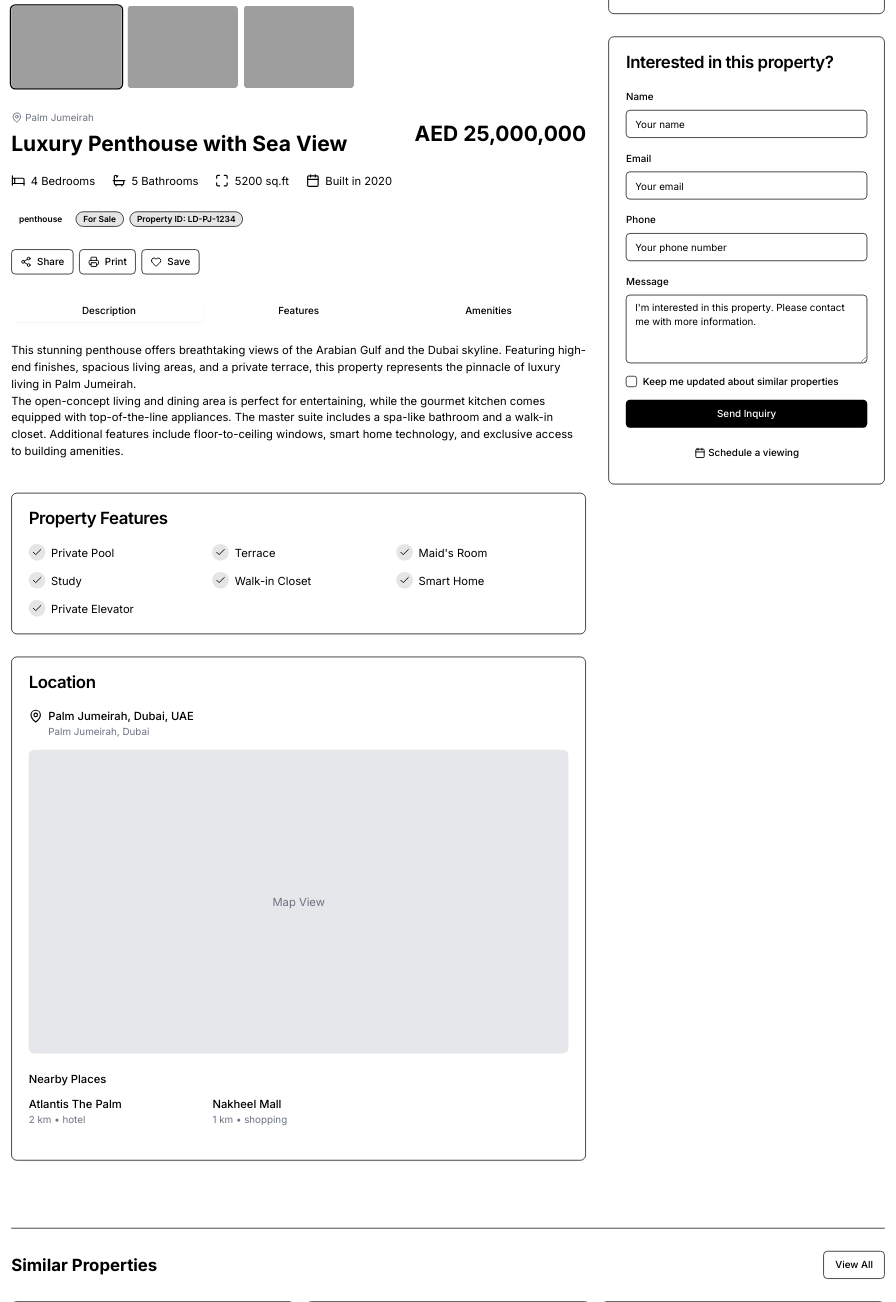
Repository: mekaushikranjan/RealState
Page: /properties/1
These files come from the project's save history. The page is drawn as it stood at one moment and after the next save; the edit follows.
The browser window is 1280 px wide. The pictures show the part of the page from y = 1110 to 2970 px (the page is 4385 px tall before and 4445 px after), at 70% of full size.
Pictures or frames that could not be fetched are drawn as grey boxes. The project was rebuilt for these pictures with package versions that can differ from the ones it lists, and the page was loaded fresh each time. The framework's server and built-in components were replaced by stand-ins that run in the browser. Also part of the build but not shown: next.config.js, next.config.ts.

Above is the page before, as saved 2025-05-13 18:50:48.

### app/layout.tsx
import { Inter } from 'next/font/google'
import { ThemeProvider } from '@/components/theme-provider'
import Header from '@/components/header'
import './globals.css'
import Footer from '@/components/footer'
import { NewsletterSection } from '@/components/newsletter-section'

const inter = Inter({ subsets: ['latin'] })

export default function RootLayout({
  children,
}: {
  children: React.ReactNode
}) {
  return (
    <html lang="en" suppressHydrationWarning>
      <body className={inter.className}>
        <ThemeProvider
          attribute="class"
          defaultTheme="system"
          enableSystem
          disableTransitionOnChange
        >
          <Header />
          <main className="min-h-screen">
            {children}
          </main>
          <NewsletterSection />
          <Footer />

        </ThemeProvider>
      </body>
    </html>
  )
}

### components/theme-provider.tsx
"use client"
import { ThemeProvider as NextThemesProvider } from "next-themes"
import type { ThemeProviderProps } from "next-themes"

export function ThemeProvider({ children, ...props }: ThemeProviderProps) {
  return (
    <NextThemesProvider
      {...props}
      enableSystem={false}
      enableColorScheme={true}
      defaultTheme="light"
      themes={["light", "dark"]}
      attribute="class"
    >
      {children}
    </NextThemesProvider>
  )
}

### app/globals.css
@tailwind base;
@tailwind components;
@tailwind utilities;

@layer base {
  :root {
    --background: 0 0% 100%;
    --foreground: 0 0% 0%;
    --card: 0 0% 100%;
    --card-foreground: 0 0% 0%;
    --popover: 0 0% 100%;
    --popover-foreground: 0 0% 0%;
    --primary: 0 0% 0%;
    --primary-foreground: 0 0% 100%;
    --secondary: 0 0% 100%;
    --secondary-foreground: 0 0% 0%;
    --muted: 0 0% 100%;
    --muted-foreground: 0 0% 0%;
    --accent: 0 0% 100%;
    --accent-foreground: 0 0% 0%;
    --destructive: 0 0% 0%;
    --destructive-foreground: 0 0% 100%;
    --border: 0 0% 0%;
    --input: 0 0% 0%;
    --ring: 0 0% 0%;
    --radius: 0.5rem;
  }

  .dark {
    --background: 0 0% 0%;
    --foreground: 0 0% 100%;
    --card: 0 0% 0%;
    --card-foreground: 0 0% 100%;
    --popover: 0 0% 0%;
    --popover-foreground: 0 0% 100%;
    --primary: 0 0% 100%;
    --primary-foreground: 0 0% 0%;
    --secondary: 0 0% 0%;
    --secondary-foreground: 0 0% 100%;
    --muted: 0 0% 0%;
    --muted-foreground: 0 0% 100%;
    --accent: 0 0% 0%;
    --accent-foreground: 0 0% 100%;
    --destructive: 0 0% 100%;
    --destructive-foreground: 0 0% 0%;
    --border: 0 0% 100%;
    --input: 0 0% 100%;
    --ring: 0 0% 100%;
  }
}

@layer base {
  * {
    @apply border-border;
  }
  body {
    @apply bg-background text-foreground;
    overflow-x: hidden;
  }
}

/* Hide scrollbars but keep functionality */
html {
  scrollbar-width: none; /* Firefox */
}

html::-webkit-scrollbar {
  display: none; /* Chrome, Safari, Edge */
}

body {
  -ms-overflow-style: none; /* IE and Edge */
}

/* For any other elements that might have scrollbars */
.hide-scrollbar {
  scrollbar-width: none;
  -ms-overflow-style: none;
}

.hide-scrollbar::-webkit-scrollbar {
  display: none;
}

/* RTL support for language switching */
[dir="rtl"] .rtl-flip {
  transform: scaleX(-1);
}

### components/property-features.tsx
"use client"

import { motion } from "framer-motion"
import { Card, CardContent, CardHeader, CardTitle } from "@/components/ui/card"
import { Check } from "lucide-react"

interface PropertyFeaturesProps {
  features: string[]
}

export function PropertyFeatures({
  features = [
    "Private Pool",
    "Terrace",
    "Maid's Room",
    "Study",
    "Walk-in Closet",
    "Smart Home",
    "Private Elevator",
    "Floor-to-ceiling Windows",
    "Marble Flooring",
    "Custom Kitchen",
    "Home Theater",
    "Wine Cellar",
  ],
}: Partial<PropertyFeaturesProps>) {
  return (
    <Card className="mb-8">
      <CardHeader>
        <CardTitle>Property Features</CardTitle>
      </CardHeader>
      <CardContent>
        <motion.div
          initial={{ opacity: 0, y: 20 }}
          animate={{ opacity: 1, y: 0 }}
          transition={{ duration: 0.5 }}
          className="grid grid-cols-1 sm:grid-cols-2 md:grid-cols-3 gap-4"
        >
          {features.map((feature, index) => (
            <motion.div
              key={index}
              initial={{ opacity: 0, x: -10 }}
              animate={{ opacity: 1, x: 0 }}
              transition={{ duration: 0.3, delay: index * 0.05 }}
              className="flex items-center"
            >
              <div className="flex items-center justify-center w-6 h-6 rounded-full bg-primary/10 mr-2">
                <Check className="h-4 w-4 text-primary" />
              </div>
              <span>{feature}</span>
            </motion.div>
          ))}
        </motion.div>
      </CardContent>
    </Card>
  )
}

### lib/properties.ts
export interface Property {
  id: string
  title: string
  location: string
  price: string
  bedrooms: number
  bathrooms: number
  area: number
  type: string
  category: string
  image: string
  images: string[]
  featured: boolean
  features: string[]
  amenities: string[]
  yearBuilt: number
  propertyId: string
  description: string
  locationDetails: {
    address: string
    neighborhood: string
    city: string
    coordinates: {
      lat: number
      lng: number
    }
    nearbyPlaces: {
      name: string
      distance: string
      type: string
    }[]
  }
  agent: {
    id: string
    name: string
    title: string
    image: string
    phone: string
    email: string
    experience: string
    languages: string[]
    bio: string
  }
}

const properties: Property[] = [
  {
    id: "1",
    title: "Luxury Penthouse with Sea View",
    location: "Palm Jumeirah",
    price: "25,000,000",
    bedrooms: 4,
    bathrooms: 5,
    area: 5200,
    type: "sale",
    category: "penthouse",
    image: "https://images.unsplash.com/photo-1600596542815-ffad4c1539a9?w=800&h=600&fit=crop",
    images: [
      "https://images.unsplash.com/photo-1600585154340-be6161a56a0c?w=800&h=600&fit=crop",
      "https://images.unsplash.com/photo-1600566753086-00f18fb6b3ea?w=800&h=600&fit=crop",
      "https://images.unsplash.com/photo-1600566752355-35792bedcfea?w=800&h=600&fit=crop",
    ],
    featured: true,
    features: ["Private Pool", "Terrace", "Maid's Room", "Study", "Walk-in Closet", "Smart Home", "Private Elevator"],
    amenities: ["Swimming Pool", "Gym", "Sauna", "24/7 Security", "Concierge", "Parking", "Beach Access"],
    yearBuilt: 2020,
    propertyId: "LD-PJ-1234",
    description:
      "This stunning penthouse offers breathtaking views of the Arabian Gulf and the Dubai skyline. Featuring high-end finishes, spacious living areas, and a private terrace, this property represents the pinnacle of luxury living in Palm Jumeirah.\n\nThe open-concept living and dining area is perfect for entertaining, while the gourmet kitchen comes equipped with top-of-the-line appliances. The master suite includes a spa-like bathroom and a walk-in closet. Additional features include floor-to-ceiling windows, smart home technology, and exclusive access to building amenities.",
    locationDetails: {
      address: "Palm Jumeirah, Dubai, UAE",
      neighborhood: "Palm Jumeirah",
      city: "Dubai",
      coordinates: {
        lat: 25.1124,
        lng: 55.139,
      },
      nearbyPlaces: [
        {
          name: "Atlantis The Palm",
          distance: "2 km",
          type: "hotel",
        },
        {
          name: "Nakheel Mall",
          distance: "1 km",
          type: "shopping",
        },
      ],
    },
    agent: {
      id: "1",
      name: "Sarah Johnson",
      title: "Senior Luxury Property Consultant",
      image: "https://images.unsplash.com/photo-1573496359142-b8d87734a5a2?w=300&h=300&fit=crop",
      phone: "+971 50 123 4567",
      email: "sarah@luxurydubai.com",
      experience: "10+ years",
      languages: ["English", "Arabic", "Russian"],
      bio: "Sarah specializes in luxury properties across Dubai, with particular expertise in Palm Jumeirah and Downtown Dubai. With over a decade of experience, she has helped hundreds of clients find their dream homes.",
    },
  },
  {
    id: "2",
    title: "Modern Villa with Private Pool",
    location: "Emirates Hills",
    price: "18,500,000",
    bedrooms: 6,
    bathrooms: 7,
    area: 8500,
    type: "sale",
    category: "villa",
    image: "https://images.unsplash.com/photo-1613490493576-7fde63acd811?w=800&h=600&fit=crop",
    images: [
      "https://images.unsplash.com/photo-1600585154526-990dced4db0d?w=800&h=600&fit=crop",
      "https://images.unsplash.com/photo-1600566753190-17f0baa2a6c3?w=800&h=600&fit=crop",
      "https://images.unsplash.com/photo-1600566753086-00f18fb6b3ea?w=800&h=600&fit=crop",
    ],
    featured: true,
    features: ["Private Pool", "Terrace", "Maid's Room", "Study", "Walk-in Closet", "Smart Home", "Private Elevator"],
    amenities: ["Swimming Pool", "Gym", "Sauna", "24/7 Security", "Concierge", "Parking", "Beach Access"],
    yearBuilt: 2021,
    propertyId: "EH-VL-5678",
    description:
      "This modern villa offers a luxurious living experience with a private pool and stunning views. The spacious layout and high-end finishes make it perfect for families.",
    locationDetails: {
      address: "Emirates Hills, Dubai, UAE",
      neighborhood: "Emirates Hills",
      city: "Dubai",
      coordinates: {
        lat: 25.0759,
        lng: 55.1773,
      },
      nearbyPlaces: [
        {
          name: "Montgomerie Golf Club",
          distance: "1 km",
          type: "golf",
        },
        {
          name: "Dubai Marina Mall",
          distance: "5 km",
          type: "shopping",
        },
      ],
    },
    agent: {
      id: "2",
      name: "John Smith",
      title: "Luxury Property Consultant",
      image: "https://images.unsplash.com/photo-1560250097-0b93528c311a?w=300&h=300&fit=crop",
      phone: "+971 50 987 6543",
      email: "john@luxurydubai.com",
      experience: "8+ years",
      languages: ["English", "French"],
      bio: "John is a seasoned real estate professional with a passion for helping clients find their dream homes in Dubai.",
    },
  },
]

export function getAllProperties(): Property[] {
  return properties as Property[]
}

export function getPropertyById(id: string): Property | undefined {
  return properties.find(property => property.id === id) as Property | undefined
}

### components/ui/button.tsx
import * as React from "react"
import { Slot } from "@radix-ui/react-slot"
import { cva, type VariantProps } from "class-variance-authority"

import { cn } from "@/lib/utils"

const buttonVariants = cva(
  "inline-flex items-center justify-center gap-2 whitespace-nowrap rounded-md text-sm font-medium ring-offset-background transition-colors focus-visible:outline-none focus-visible:ring-2 focus-visible:ring-ring focus-visible:ring-offset-2 disabled:pointer-events-none disabled:opacity-50 [&_svg]:pointer-events-none [&_svg]:size-4 [&_svg]:shrink-0",
  {
    variants: {
      variant: {
        default: "bg-primary text-primary-foreground hover:bg-primary/90",
        destructive:
          "bg-destructive text-destructive-foreground hover:bg-destructive/90",
        outline:
          "border border-input bg-background hover:bg-accent hover:text-accent-foreground",
        secondary:
          "bg-secondary text-secondary-foreground hover:bg-secondary/80",
        ghost: "hover:bg-accent hover:text-accent-foreground",
        link: "text-primary underline-offset-4 hover:underline",
      },
      size: {
        default: "h-10 px-4 py-2",
        sm: "h-9 rounded-md px-3",
        lg: "h-11 rounded-md px-8",
        icon: "h-10 w-10",
      },
    },
    defaultVariants: {
      variant: "default",
      size: "default",
    },
  }
)

export interface ButtonProps
  extends React.ButtonHTMLAttributes<HTMLButtonElement>,
    VariantProps<typeof buttonVariants> {
  asChild?: boolean
}

const Button = React.forwardRef<HTMLButtonElement, ButtonProps>(
  ({ className, variant, size, asChild = false, ...props }, ref) => {
    const Comp = asChild ? Slot : "button"
    return (
      <Comp
        className={cn(buttonVariants({ variant, size, className }))}
        ref={ref}
        {...props}
      />
    )
  }
)
Button.displayName = "Button"

export { Button, buttonVariants }

### components/ui/input.tsx
import * as React from "react"

import { cn } from "@/lib/utils"

const Input = React.forwardRef<HTMLInputElement, React.ComponentProps<"input">>(
  ({ className, type, ...props }, ref) => {
    return (
      <input
        type={type}
        className={cn(
          "flex h-10 w-full rounded-md border border-input bg-background px-3 py-2 text-base ring-offset-background file:border-0 file:bg-transparent file:text-sm file:font-medium file:text-foreground placeholder:text-muted-foreground focus-visible:outline-none focus-visible:ring-2 focus-visible:ring-ring focus-visible:ring-offset-2 disabled:cursor-not-allowed disabled:opacity-50 md:text-sm",
          className
        )}
        ref={ref}
        {...props}
      />
    )
  }
)
Input.displayName = "Input"

export { Input }

### components/ui/badge.tsx
import * as React from "react"
import { cva, type VariantProps } from "class-variance-authority"

import { cn } from "@/lib/utils"

const badgeVariants = cva(
  "inline-flex items-center rounded-full border px-2.5 py-0.5 text-xs font-semibold transition-colors focus:outline-none focus:ring-2 focus:ring-ring focus:ring-offset-2",
  {
    variants: {
      variant: {
        default:
          "border-transparent bg-primary text-primary-foreground hover:bg-primary/80",
        secondary:
          "border-transparent bg-secondary text-secondary-foreground hover:bg-secondary/80",
        destructive:
          "border-transparent bg-destructive text-destructive-foreground hover:bg-destructive/80",
        outline: "text-foreground",
      },
    },
    defaultVariants: {
      variant: "default",
    },
  }
)

export interface BadgeProps
  extends React.HTMLAttributes<HTMLDivElement>,
    VariantProps<typeof badgeVariants> {}

function Badge({ className, variant, ...props }: BadgeProps) {
  return (
    <div className={cn(badgeVariants({ variant }), className)} {...props} />
  )
}

export { Badge, badgeVariants }

### components/ui/tabs.tsx
"use client"

import * as React from "react"
import * as TabsPrimitive from "@radix-ui/react-tabs"

import { cn } from "@/lib/utils"

const Tabs = TabsPrimitive.Root

const TabsList = React.forwardRef<
  React.ElementRef<typeof TabsPrimitive.List>,
  React.ComponentPropsWithoutRef<typeof TabsPrimitive.List>
>(({ className, ...props }, ref) => (
  <TabsPrimitive.List
    ref={ref}
    className={cn(
      "inline-flex h-10 items-center justify-center rounded-md bg-muted p-1 text-muted-foreground",
      className
    )}
    {...props}
  />
))
TabsList.displayName = TabsPrimitive.List.displayName

const TabsTrigger = React.forwardRef<
  React.ElementRef<typeof TabsPrimitive.Trigger>,
  React.ComponentPropsWithoutRef<typeof TabsPrimitive.Trigger>
>(({ className, ...props }, ref) => (
  <TabsPrimitive.Trigger
    ref={ref}
    className={cn(
      "inline-flex items-center justify-center whitespace-nowrap rounded-sm px-3 py-1.5 text-sm font-medium ring-offset-background transition-all focus-visible:outline-none focus-visible:ring-2 focus-visible:ring-ring focus-visible:ring-offset-2 disabled:pointer-events-none disabled:opacity-50 data-[state=active]:bg-background data-[state=active]:text-foreground data-[state=active]:shadow-sm",
      className
    )}
    {...props}
  />
))
TabsTrigger.displayName = TabsPrimitive.Trigger.displayName

const TabsContent = React.forwardRef<
  React.ElementRef<typeof TabsPrimitive.Content>,
  React.ComponentPropsWithoutRef<typeof TabsPrimitive.Content>
>(({ className, ...props }, ref) => (
  <TabsPrimitive.Content
    ref={ref}
    className={cn(
      "mt-2 ring-offset-background focus-visible:outline-none focus-visible:ring-2 focus-visible:ring-ring focus-visible:ring-offset-2",
      className
    )}
    {...props}
  />
))
TabsContent.displayName = TabsPrimitive.Content.displayName

export { Tabs, TabsList, TabsTrigger, TabsContent }

### components/ui/card.tsx
import * as React from "react"

import { cn } from "@/lib/utils"

const Card = React.forwardRef<
  HTMLDivElement,
  React.HTMLAttributes<HTMLDivElement>
>(({ className, ...props }, ref) => (
  <div
    ref={ref}
    className={cn(
      "rounded-lg border bg-card text-card-foreground shadow-sm",
      className
    )}
    {...props}
  />
))
Card.displayName = "Card"

const CardHeader = React.forwardRef<
  HTMLDivElement,
  React.HTMLAttributes<HTMLDivElement>
>(({ className, ...props }, ref) => (
  <div
    ref={ref}
    className={cn("flex flex-col space-y-1.5 p-6", className)}
    {...props}
  />
))
CardHeader.displayName = "CardHeader"

const CardTitle = React.forwardRef<
  HTMLDivElement,
  React.HTMLAttributes<HTMLDivElement>
>(({ className, ...props }, ref) => (
  <div
    ref={ref}
    className={cn(
      "text-2xl font-semibold leading-none tracking-tight",
      className
    )}
    {...props}
  />
))
CardTitle.displayName = "CardTitle"

const CardDescription = React.forwardRef<
  HTMLDivElement,
  React.HTMLAttributes<HTMLDivElement>
>(({ className, ...props }, ref) => (
  <div
    ref={ref}
    className={cn("text-sm text-muted-foreground", className)}
    {...props}
  />
))
CardDescription.displayName = "CardDescription"

const CardContent = React.forwardRef<
  HTMLDivElement,
  React.HTMLAttributes<HTMLDivElement>
>(({ className, ...props }, ref) => (
  <div ref={ref} className={cn("p-6 pt-0", className)} {...props} />
))
CardContent.displayName = "CardContent"

const CardFooter = React.forwardRef<
  HTMLDivElement,
  React.HTMLAttributes<HTMLDivElement>
>(({ className, ...props }, ref) => (
  <div
    ref={ref}
    className={cn("flex items-center p-6 pt-0", className)}
    {...props}
  />
))
CardFooter.displayName = "CardFooter"

export { Card, CardHeader, CardFooter, CardTitle, CardDescription, CardContent }

### components/ui/checkbox.tsx
"use client"

import * as React from "react"
import * as CheckboxPrimitive from "@radix-ui/react-checkbox"
import { Check } from "lucide-react"

import { cn } from "@/lib/utils"

const Checkbox = React.forwardRef<
  React.ElementRef<typeof CheckboxPrimitive.Root>,
  React.ComponentPropsWithoutRef<typeof CheckboxPrimitive.Root>
>(({ className, ...props }, ref) => (
  <CheckboxPrimitive.Root
    ref={ref}
    className={cn(
      "peer h-4 w-4 shrink-0 rounded-sm border border-primary ring-offset-background focus-visible:outline-none focus-visible:ring-2 focus-visible:ring-ring focus-visible:ring-offset-2 disabled:cursor-not-allowed disabled:opacity-50 data-[state=checked]:bg-primary data-[state=checked]:text-primary-foreground",
      className
    )}
    {...props}
  >
    <CheckboxPrimitive.Indicator
      className={cn("flex items-center justify-center text-current")}
    >
      <Check className="h-4 w-4" />
    </CheckboxPrimitive.Indicator>
  </CheckboxPrimitive.Root>
))
Checkbox.displayName = CheckboxPrimitive.Root.displayName

export { Checkbox }

### components/ui/label.tsx
"use client"

import * as React from "react"
import * as LabelPrimitive from "@radix-ui/react-label"
import { cva, type VariantProps } from "class-variance-authority"

import { cn } from "@/lib/utils"

const labelVariants = cva(
  "text-sm font-medium leading-none peer-disabled:cursor-not-allowed peer-disabled:opacity-70"
)

const Label = React.forwardRef<
  React.ElementRef<typeof LabelPrimitive.Root>,
  React.ComponentPropsWithoutRef<typeof LabelPrimitive.Root> &
    VariantProps<typeof labelVariants>
>(({ className, ...props }, ref) => (
  <LabelPrimitive.Root
    ref={ref}
    className={cn(labelVariants(), className)}
    {...props}
  />
))
Label.displayName = LabelPrimitive.Root.displayName

export { Label }

Loaded but not shown: lib/utils.ts (common file); components/ui/textarea.tsx (common file); tailwind.config.ts (common file); components/header.tsx (243 lines, source omitted); components/property-details.tsx (164 lines, source omitted); components/ui/carousel.tsx (262 lines, source omitted); components/footer.tsx (134 lines, source omitted); components/similar-properties.tsx (155 lines, source omitted); components/property-gallery.tsx (145 lines, source omitted); components/ui/sheet.tsx (140 lines, source omitted); components/property-contact-form.tsx (115 lines, source omitted); components/property-agent.tsx (81 lines, source omitted); app/properties/[id]/page.tsx (71 lines, source omitted); components/property-location.tsx (83 lines, source omitted); components/newsletter-section.tsx (73 lines, source omitted)

After the next save:
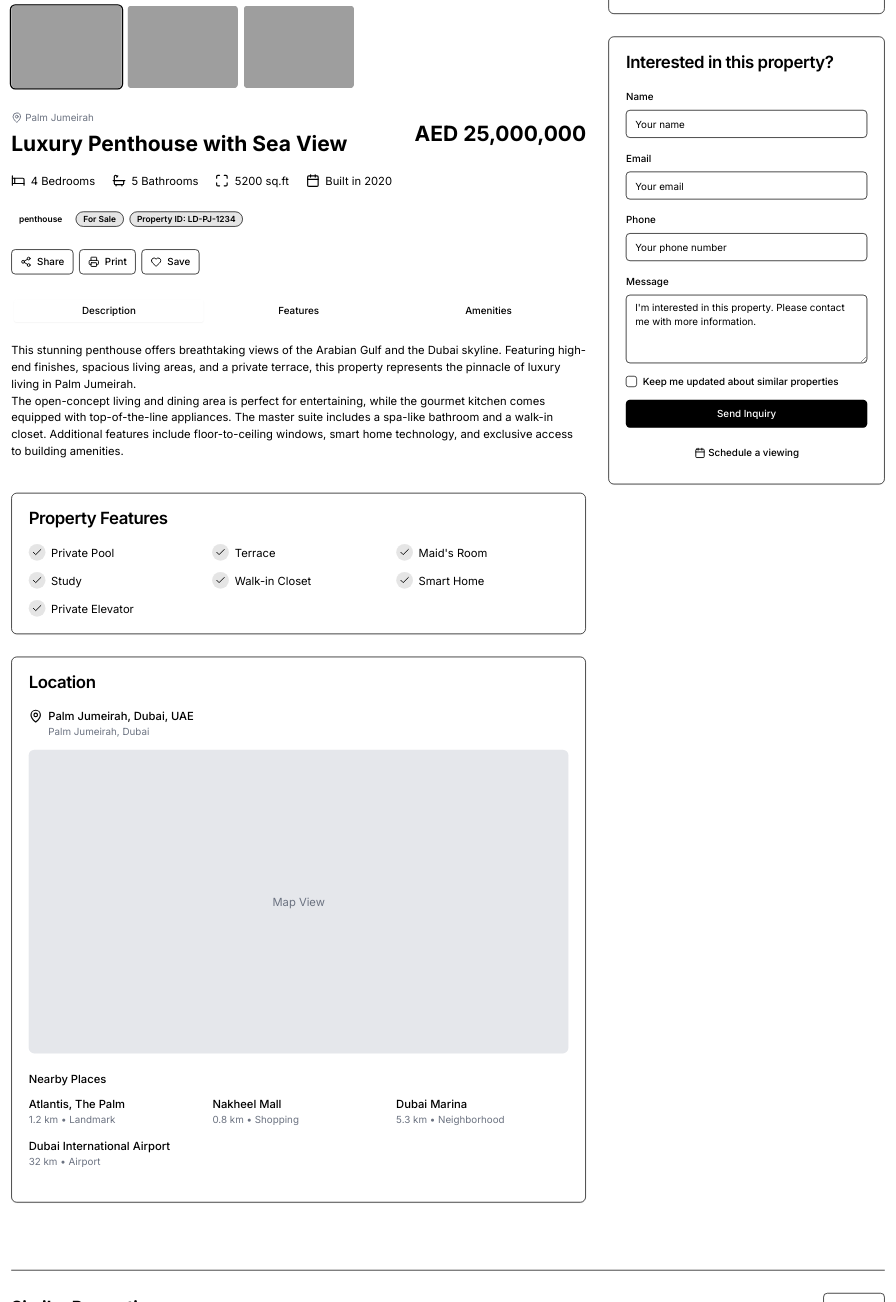
Saved 54 s later.
--- a/lib/properties.ts
+++ b/lib/properties.ts
@@ -76,16 +76,10 @@ const properties: Property[] = [
         lng: 55.139,
       },
       nearbyPlaces: [
-        {
-          name: "Atlantis The Palm",
-          distance: "2 km",
-          type: "hotel",
-        },
-        {
-          name: "Nakheel Mall",
-          distance: "1 km",
-          type: "shopping",
-        },
+        { name: "Atlantis, The Palm", distance: "1.2 km", type: "Landmark" },
+        { name: "Nakheel Mall", distance: "0.8 km", type: "Shopping" },
+        { name: "Dubai Marina", distance: "5.3 km", type: "Neighborhood" },
+        { name: "Dubai International Airport", distance: "32 km", type: "Airport" },
       ],
     },
     agent: {
@@ -132,16 +126,10 @@ const properties: Property[] = [
         lng: 55.1773,
       },
       nearbyPlaces: [
-        {
-          name: "Montgomerie Golf Club",
-          distance: "1 km",
-          type: "golf",
-        },
-        {
-          name: "Dubai Marina Mall",
-          distance: "5 km",
-          type: "shopping",
-        },
+        { name: "Emirates Golf Club", distance: "1.5 km", type: "Golf Club" },
+        { name: "Dubai Marina Mall", distance: "6.2 km", type: "Shopping" },
+        { name: "Jumeirah Beach Residence", distance: "7.8 km", type: "Beach" },
+        { name: "Dubai International Airport", distance: "30 km", type: "Airport" },
       ],
     },
     agent: {
